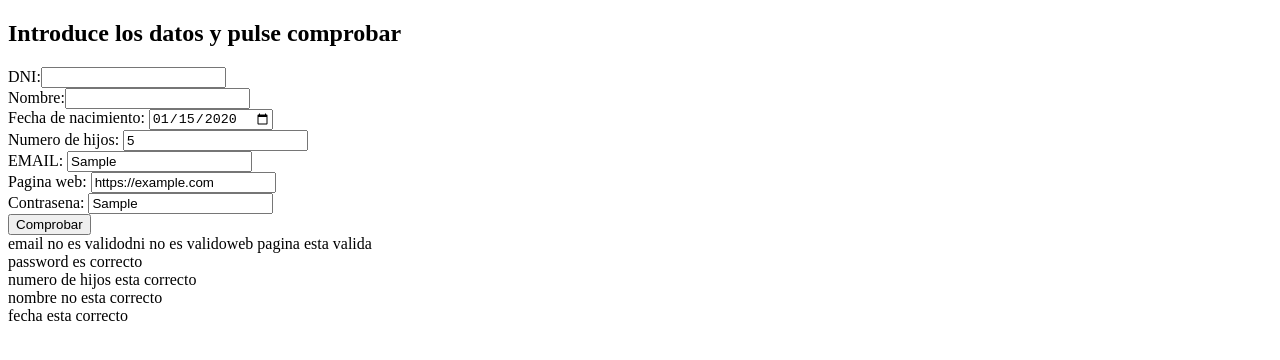
Repository: KoTvTrysaX01/2DAW-Desarrollo-WEB-en-Entorno-Cliente
Page: JAVASCRIPT/UD2/practica5/Actividad1/index.html
An editor plug-in stored every save of this project. The page is shown before and after a run of saves, followed by the edit.
The browser window is 1280 px wide. The pictures show the whole page.
Empty fields were first filled with sample values (such as "Sample", 5 or name@example.com).
After loading, the first visible `#registartionForm` was submitted once.

Above is the page before, as saved 2025-11-01 17:10:28.

After the next 4 saves:
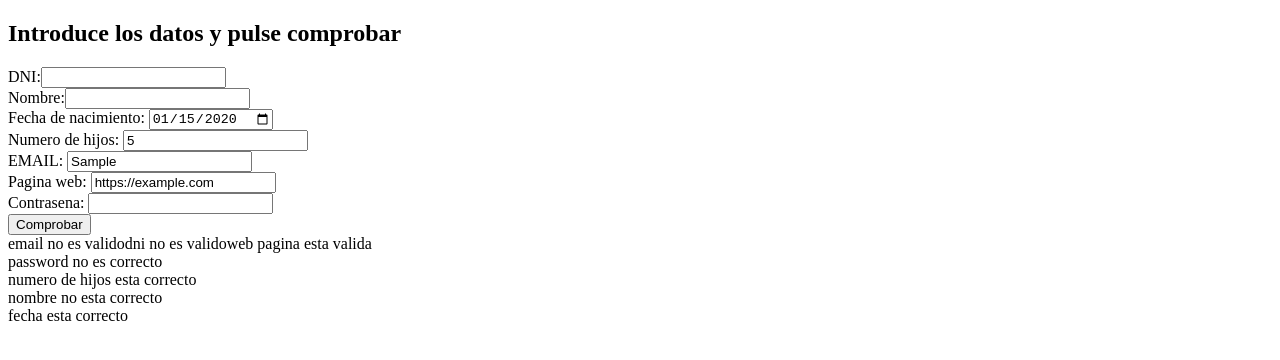
The 4 saves are shown as one change because they came seconds apart.
The last was saved 93 s later.
--- a/JAVASCRIPT/UD2/practica5/Actividad1/script.js
+++ b/JAVASCRIPT/UD2/practica5/Actividad1/script.js
@@ -56,7 +56,7 @@
 
      function validarContrasena(passwor) {
       var p = passwor.length
-      if(p <8 || p >10) {
+      if(p >=8 || p >10) {
         error.innerHTML += "password es correcto<br>"
       } else {
          error.innerHTML += "password  no es correcto<br>"

After the save that followed:
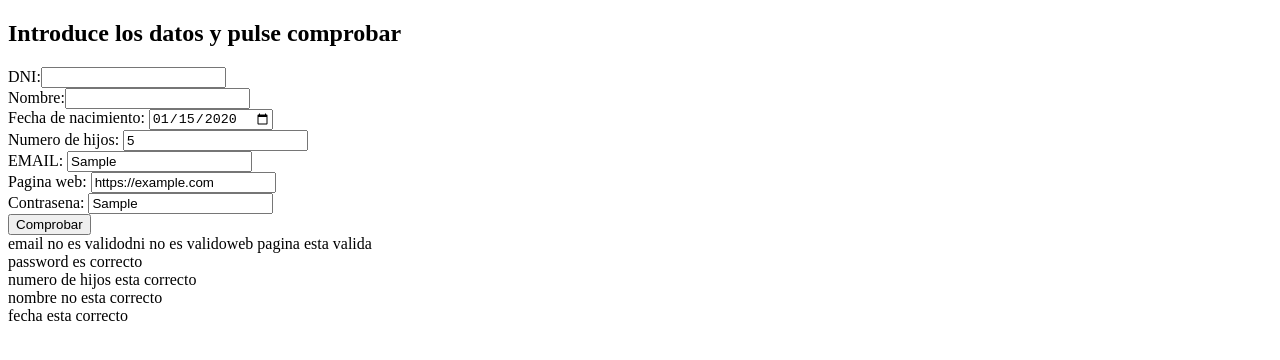
Saved 6 s later.
--- a/JAVASCRIPT/UD2/practica5/Actividad1/script.js
+++ b/JAVASCRIPT/UD2/practica5/Actividad1/script.js
@@ -56,7 +56,7 @@
 
      function validarContrasena(passwor) {
       var p = passwor.length
-      if(p >=8 || p >10) {
+      if(p >=8 || p <=10) {
         error.innerHTML += "password es correcto<br>"
       } else {
          error.innerHTML += "password  no es correcto<br>"
